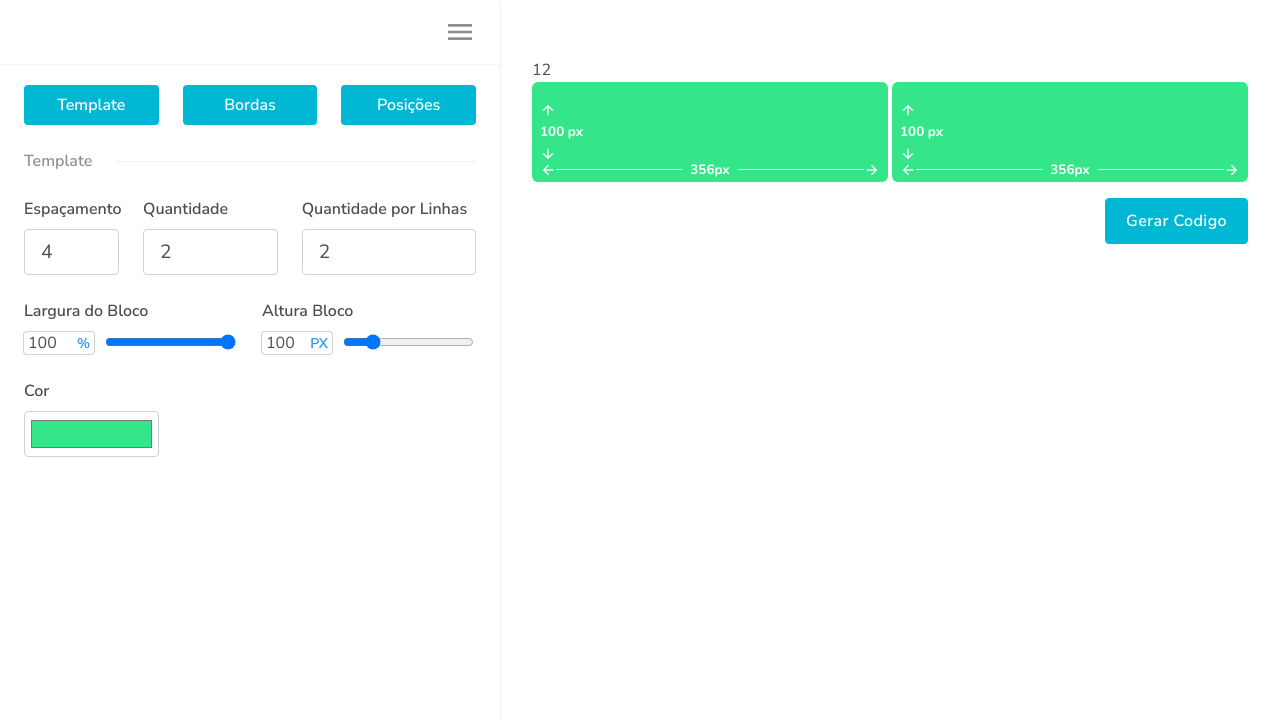
Repository: Flintdl/lowcode-elements
Page: /
The author's editor kept a copy of each file at every save. The page is drawn from the files as they stood at one save, then again after the next save.
The browser window is 1280 px wide. The pictures show the whole page.
The project was rebuilt for these pictures with package versions that can differ from the ones it lists, and the page was loaded fresh each time. Also part of the build but not shown: vue.config.js.

Above is the page before, as saved 2022-04-06 12:25:50.

### src/assets/scss/_variables.scss
// Primarys Colors
$standardTextColor: #4d4d4d;

$primaryColor: #8e6dff;
$secondaryColor: #009997;
$buttonDisableColor: #9c9c9c;
$buttonDisableBgColor: #7676764d;

// Menu Colors

$bgMenuColor: #1d1d1d;
$linkMenuColor: #7b8089;
$iconMenuColor: #2a2a2a;
$borderMenuColor: #323232;

// Botão Colors

$btnPrimary: #00b8d4;
$btnPrimaryHover: #0085b0;

// Generics Colors

$whiteColor: #ffffff;
$mutedColor: #8f8f8f;
$cardColor: #f3f4f7;
$cardColorLight: #f9fafc;
$cardColorLightTwo: #f1f5fc;
$greyLight: #d1d1d1;

// Dropdown Colors

$dropdownHeaderColor: #5f5f5f;
$dropdownColor: #ebffff;

// State Colors

$successColor: #3dc661;
$dangerColor: #e7515a;
$warningColor: #e2a03f;
$infoColor: #2196f3;
$defaultColor: #172b4d;
$lightColor: #e0e0e0;

### src/views/HomeView.vue
<template>
  <div>
    <div class="sf-row">
      <div
        id="sf-preview-code-content"
        class="sf-col-12 sf-mx-auto sf-position-relative"
      >
        <!-- <div class="sf-display-flex sf-flex-wrap sf-width-100">
          <div
            id="sf-grid-template"
            class="sf-grid sf-position-relative"
            :style="{
              width: cssProps.width,
              height: String(valorHeight) + 'px',
              left: inputGap / 2 + 'px',
            }"
            v-bind:key="n"
            v-for="n of quantidade"
          ></div>
        </div> -->
        <div id="sf-preview-code">
          <span
            v-bind:key="linha"
            :style="widthProps"
            v-for="linha of Number(quantidadeLinha)"
            >{{ linha }}</span
          >
          <div
            :style="gapProps"
            :class="[
              'sf-display-flex sf-flex-wrap sf-width-100',
              'sf-justify-content-' + checkValue,
            ]"
          >
            <DivGrid
              v-bind:key="n"
              v-for="n of quantidade"
              :tamanho="String(valor)"
              :altura="String(valorHeight)"
              :cssDefinido="cssProps"
              class="sf-position-relative"
            />
          </div>
        </div>
      </div>
      <div class="sf-col-12 sf-mt-3 sf-display-flex sf-justify-content-end">
        <button class="sf-btn sf-btn-primary" @click="gerarCodigo">
          Gerar Codigo
        </button>
      </div>
    </div>
    <div class="sf-row" v-if="htmlPreviewCode">
      <div class="sf-col-12 sf-mx-auto sf-mt-5 sf-code-content">
        <div class="sf-bg-code sf-p-4 sf-border-radius">
          <code>
            <span class="sf-text-info">Código do Preview</span> <br />
            {{ htmlPreviewCode }}
          </code>
        </div>
      </div>
    </div>
  </div>
</template>

<script>
// @ is an alias to /src

import DivGrid from "@/components/templates/DivGrid.vue";

export default {
  name: "HomeView",
  data: function () {
    return {
      htmlPreviewCode: null,
      gridLinhas: null,
    };
  },
  components: {
    DivGrid,
  },
  props: {
    valor: String,
    inputGap: String,
    quantidade: Number,
    valorHeight: String,
    quantidadeLinha: String,
    inputBorderRadius: String,
    checkValue: String,
    inputColor: String,
    inputBorder: String,
    inputBorderColor: String,
    inputBorderTipo: String,
  },
  computed: {
    cssProps() {
      return {
        width: `calc((${this.valor}% - ${this.inputGap}px * ${
          this.quantidadeLinha - "1"
        }) / ${this.quantidadeLinha})`,
        height: this.valorHeight + "px",
        "border-radius": this.inputBorderRadius + "px",
        "background-color": this.inputColor,
        border:
          this.inputBorder +
          "px" +
          " " +
          this.inputBorderTipo +
          " " +
          this.inputBorderColor,
      };
    },
    gapProps() {
      return {
        gap: this.inputGap + "px",
      };
    },
    widthProps() {
      return {
        width: `calc((${this.valor}% - ${this.inputGap}px * ${
          this.quantidadeLinha - "1"
        }) / ${this.quantidadeLinha})`,
      };
    },
  },
  methods: {
    gerarCodigo() {
      this.htmlPreviewCode =
        document.getElementById("sf-preview-code").innerHTML;
    },
  },
};
</script>

<style>
#sf-grid-template:after {
  content: "";
  width: 100%;
  height: 150%;
  top: -25%;
  background-color: #ff008c0a;
  border: 1px solid rgba(255, 0, 140, 0.103);
  border-left: 2px solid #ff008c38;
  border-right: 2px solid #ff008c38;
  position: absolute;
}
</style>

### src/components/templates/InputGapTemplate.vue
<template>
  <div class="sf-col-3 sf-form-group">
    <label class="sf-label">Espaçamento</label>
    <input
      type="number"
      min="1"
      max="12"
      value="2"
      id="inputGap"
      v-model="valor"
      class="filter-states sf-text-capitalize"
      placeholder="Quantidade de Blocos"
    />
  </div>
</template>

<script>
export default {
  props: {
    valorInput: String,
  },
  computed: {
    valor: {
      get() {
        var inp = this.valorInput;
        return inp;
      },
      set(valorInput) {
        this.$emit("callback", valorInput);
      },
    },
  },
};
</script>

<style></style>

### src/components/templates/InputQuantidadeTemplate.vue
<template>
  <div class="sf-col-4 sf-form-group">
    <label class="sf-label">Quantidade</label>
    <input
      type="number"
      value="1"
      id="inputQuantidade"
      v-model="valor"
      class="filter-states sf-text-capitalize"
      placeholder="Quantidade de Blocos"
    />
  </div>
</template>

<script>
export default {
  props: {
    valorInput: String,
  },
  computed: {
    valor: {
      get() {
        var inp = this.valorInput;
        return inp;
      },
      set(valorInput) {
        this.$emit("callback", valorInput);
      },
    },
  },
};
</script>

<style></style>

### src/components/templates/InputQuantLinhasTemplate.vue
<template>
  <div class="sf-col-5 sf-form-group">
    <label class="sf-label">Quantidade por Linhas</label>
    <input
      type="number"
      min="1"
      max="12"
      value="1"
      id="inputQuantidadeLinha"
      v-model="valor"
      class="filter-states sf-text-capitalize"
      placeholder="Quantidade Linha"
    />
  </div>
</template>

<script>
export default {
  props: {
    valorInput: String,
  },
  computed: {
    valor: {
      get() {
        var inp = this.valorInput;
        return inp;
      },
      set(valorInput) {
        this.$emit("callback", valorInput);
      },
    },
  },
};
</script>

<style></style>

### src/components/templates/InputLarguraBloco.vue
<template>
  <div class="sf-col-6 sf-form-group">
    <label class="sf-label">Largura do Bloco</label>
    <div class="sf-input-group">
      <div
        class="sf-input-group-append sf-display-flex sf-justify-content-center"
      >
        <div
          class="sf-display-flex sf-align-items-center sf-justify-content-center sf-border-left-0 sf-border-radius sf-border-radius-left-0 sf-pr-2 sf-text-info sf-font-weight-bold sf-min-80-px"
        >
          <div class="sf-input-group">
            <input
              type="number"
              value="1"
              min="1"
              max="100"
              v-model="valor"
              class="sf-text-md sf-height-fit-content sf-pr-0 sf-pl-1 sf-border-right-0 sf-border-radius-right-0 sf-text-capitalize"
              placeholder="Curva da Borda"
            />
            <div
              class="sf-input-group-append sf-display-flex sf-justify-content-center"
            >
              <div
                class="sf-display-flex sf-align-items-center sf-border sf-justify-content-center sf-border-left-0 sf-border-radius sf-border-radius-left-0 sf-pr-1 sf-text-info sf-font-weight-bold sf-text-sm"
              >
                %
              </div>
            </div>
          </div>
        </div>
      </div>
      <input
        type="range"
        min="10"
        max="100"
        value="10"
        id="inputRange"
        v-model="valor"
        class="sf-px-0 sf-border-right-0 sf-border-radius-right-0 sf-text-capitalize"
      />
    </div>
  </div>
</template>

<script>
export default {
  props: {
    valorInput: String,
  },
  computed: {
    valor: {
      get() {
        var inp = this.valorInput;
        return inp;
      },
      set(valorInput) {
        this.$emit("callback", valorInput);
      },
    },
  },
};
</script>

<style></style>

### src/components/templates/InputAlturaBloco.vue
<template>
  <div class="sf-col-6 sf-form-group">
    <label class="sf-label">Altura Bloco</label>
    <div class="sf-input-group">
      <div
        class="sf-input-group-append sf-display-flex sf-justify-content-center"
      >
        <div
          class="sf-display-flex sf-align-items-center sf-justify-content-center sf-border-left-0 sf-border-radius sf-border-radius-left-0 sf-pr-2 sf-text-info sf-font-weight-bold sf-min-80-px"
        >
          <div class="sf-input-group">
            <input
              type="number"
              value="1"
              min="1"
              max="500"
              v-model="valor"
              class="sf-text-md sf-height-fit-content sf-pr-0 sf-pl-1 sf-border-right-0 sf-border-radius-right-0 sf-text-capitalize"
              placeholder="Curva da Borda"
            />
            <div
              class="sf-input-group-append sf-display-flex sf-justify-content-center"
            >
              <div
                class="sf-display-flex sf-align-items-center sf-border sf-justify-content-center sf-border-left-0 sf-border-radius sf-border-radius-left-0 sf-pr-1 sf-text-info sf-font-weight-bold sf-text-sm"
              >
                PX
              </div>
            </div>
          </div>
        </div>
      </div>
      <input
        type="range"
        min="10"
        max="500"
        id="valorHeight"
        v-model="valor"
        class="sf-px-0 sf-border-right-0 sf-border-radius-right-0 sf-text-capitalize"
      />
    </div>
  </div>
</template>

<script>
export default {
  props: {
    valorInput: String,
  },
  computed: {
    valor: {
      get() {
        var inp = this.valorInput;
        return inp;
      },
      set(valorInput) {
        this.$emit("callback", valorInput);
      },
    },
  },
};
</script>

<style></style>

### src/components/templates/InputBorderRadiusBloco.vue
<template>
  <div class="sf-col-6 sf-form-group">
    <label class="sf-label">Curva da Borda</label>
    <div class="sf-input-group">
      <div
        class="sf-input-group-append sf-display-flex sf-justify-content-center"
      >
        <div
          class="sf-display-flex sf-align-items-center sf-justify-content-center sf-border-left-0 sf-border-radius sf-border-radius-left-0 sf-pr-2 sf-text-info sf-font-weight-bold sf-min-80-px"
        >
          <div class="sf-input-group">
            <input
              type="number"
              value="1"
              min="1"
              max="50"
              v-model="valor"
              class="sf-text-md sf-height-fit-content sf-pr-0 sf-pl-1 sf-border-right-0 sf-border-radius-right-0 sf-text-capitalize"
              placeholder="Curva da Borda"
            />
            <div
              class="sf-input-group-append sf-display-flex sf-justify-content-center"
            >
              <div
                class="sf-display-flex sf-align-items-center sf-border sf-justify-content-center sf-border-left-0 sf-border-radius sf-border-radius-left-0 sf-pr-1 sf-text-info sf-font-weight-bold sf-text-sm"
              >
                PX
              </div>
            </div>
          </div>
        </div>
      </div>
      <input
        type="range"
        value="1"
        min="1"
        max="50"
        id="inputBorderRadius"
        v-model="valor"
        class="sf-px-0 sf-border-right-0 sf-border-radius-right-0 sf-text-capitalize"
        placeholder="Curva da Borda"
      />
    </div>
  </div>
</template>

<script>
export default {
  props: {
    valorInput: String,
  },
  computed: {
    valor: {
      get() {
        var inp = this.valorInput;
        return inp;
      },
      set(valorInput) {
        this.$emit("callback", valorInput);
      },
    },
  },
};
</script>

<style></style>

### src/components/templates/InputBorderBloco.vue
<template>
  <div class="sf-col-6 sf-form-group">
    <label class="sf-label">Tamanho da Borda</label>
    <div class="sf-input-group">
      <div
        class="sf-input-group-append sf-display-flex sf-justify-content-center"
      >
        <div
          class="sf-display-flex sf-align-items-center sf-justify-content-center sf-border-left-0 sf-border-radius sf-border-radius-left-0 sf-pr-2 sf-text-info sf-font-weight-bold sf-min-80-px"
        >
          <div class="sf-input-group">
            <input
              type="number"
              value="1"
              min="1"
              max="50"
              v-model="valor"
              class="sf-text-md sf-height-fit-content sf-pr-0 sf-pl-1 sf-border-right-0 sf-border-radius-right-0 sf-text-capitalize"
              placeholder="Curva da Borda"
            />
            <div
              class="sf-input-group-append sf-display-flex sf-justify-content-center"
            >
              <div
                class="sf-display-flex sf-align-items-center sf-border sf-justify-content-center sf-border-left-0 sf-border-radius sf-border-radius-left-0 sf-pr-1 sf-text-info sf-font-weight-bold sf-text-sm"
              >
                PX
              </div>
            </div>
          </div>
        </div>
      </div>
      <input
        type="range"
        value="1"
        min="0"
        max="24"
        id="inputBorder"
        v-model="valor"
        class="sf-px-0 sf-border-right-0 sf-border-radius-right-0 sf-text-capitalize"
        placeholder="Curva da Borda"
      />
    </div>
  </div>
</template>

<script>
export default {
  props: {
    valorInput: String,
  },
  computed: {
    valor: {
      get() {
        var inp = this.valorInput;
        return inp;
      },
      set(valorInput) {
        this.$emit("callback", valorInput);
      },
    },
  },
};
</script>

<style></style>

### src/components/templates/InputPosicaoBloco.vue
<template>
  <div class="sf-row">
    <div class="sf-col-12 sf-form-group">
      <span
        class="sf-text-md sf-font-weight-bold sf-text-muted sf-display-flex sf-align-items-center"
      >
        Posições
        <hr class="sf-width-100 sf-ml-4" />
      </span>
    </div>
    <div class="sf-col-auto sf-form-group">
      <input
        id="start"
        type="radio"
        name="positionDivs"
        v-model="valor"
        value="start"
        checked
      />
      <label for="start"> Esquerda</label>
    </div>

    <div class="sf-col-auto sf-form-group">
      <input
        type="radio"
        id="center"
        name="positionDivs"
        v-model="valor"
        value="center"
      />
      <label for="center"> Centro</label>
    </div>

    <div class="sf-col-auto sf-form-group">
      <input
        type="radio"
        id="end"
        name="positionDivs"
        v-model="valor"
        value="end"
      />
      <label for="end"> Final</label>
    </div>
    <div class="sf-col-auto sf-form-group">
      <input
        type="radio"
        id="between"
        name="positionDivs"
        v-model="valor"
        value="between"
      />
      <label for="between"> Laterais</label>
    </div>
    <div class="sf-col-auto sf-form-group">
      <input
        type="radio"
        id="around"
        name="positionDivs"
        v-model="valor"
        value="around"
      />
      <label for="around"> Meio</label>
    </div>
  </div>
</template>

<script>
export default {
  props: {
    valorInput: String,
  },
  computed: {
    valor: {
      get() {
        var inp = this.valorInput;
        return inp;
      },
      set(valorInput) {
        this.$emit("callback", valorInput);
      },
    },
  },
};
</script>

<style></style>

### src/components/templates/InputBorderCorBloco.vue
<template>
  <div class="sf-col sf-form-group">
    <label class="sf-label">Cor</label>
    <input
      type="color"
      id="inputBorderColor"
      v-model="valor"
      class="sf-p-1 sf-text-capitalize"
      placeholder="Quantidade de Blocos"
    />
  </div>
</template>

<script>
export default {
  props: {
    valorInput: String,
  },
  computed: {
    valor: {
      get() {
        var inp = this.valorInput;
        return inp;
      },
      set(valorInput) {
        this.$emit("callback", valorInput);
      },
    },
  },
};
</script>

<style></style>

### src/components/templates/InputBorderTipoBloco.vue
<template>
  <div class="sf-col-10 sf-form-group">
    <label class="sf-label">Tipo de Borda</label>
    <select
      id="inputBorderTipo"
      v-model="control"
      :items="items"
      @change="onSelectType"
      class="sf-text-capitalize"
    >
      <option
        v-bind:key="item.value"
        :value="item.value"
        :disabled="!item.value"
        v-for="item of items"
      >
        {{ item.label }}
      </option>
    </select>
  </div>
</template>

<script>
export default {
  props: {
    valorInput: String,
  },
  data: () => {
    return {
      items: [
        { label: "Solid", value: "solid" },
        { label: "Dashed", value: "dashed" },
      ],
    };
  },
  computed: {
    control: {
      get() {
        return this.valorInput;
      },
      set(valorInput) {
        this.$emit("callback", valorInput);
      },
    },
  },
  methods: {
    onSelectType(event) {
      this.$emit("change", event);
    },
  },
};
</script>

<style></style>

### src/components/templates/DivGrid.vue
<template>
  <div
    class="sf-position-relative sf-overflow-hidden"
    :style="cssDefinido"
    ref="container"
  >
    <div
      class="sf-height-position sf-position-absolute sf-display-flex sf-flex-column sf-px-2"
    >
      <i
        class="mdi mdi-arrow-up sf-text-md sf-text-white sf-dropdown-action"
      ></i>
      <span class="sf-text-white sf-font-weight-extra-bold sf-text-center">
        {{ altura }}
        px
      </span>
      <i
        class="mdi mdi-arrow-down sf-text-md sf-text-white sf-dropdown-action"
      ></i>
    </div>
    <div
      class="sf-width-position sf-width-100 sf-position-absolute sf-display-flex sf-align-items-center sf-px-2"
    >
      <i
        class="mdi mdi-arrow-left sf-text-md sf-text-white sf-dropdown-action"
      ></i>
      <hr class="sf-width-100 sf-mr-2" />
      <span class="sf-text-white sf-font-weight-extra-bold sf-text-center">
        {{ larguraPixel }}px
      </span>
      <hr class="sf-width-100 sf-ml-2" />
      <i
        class="mdi mdi-arrow-right sf-text-md sf-text-white sf-dropdown-action"
      ></i>
    </div>
  </div>
</template>

<script>
export default {
  data() {
    return {
      larguraPixel: null,
    };
  },
  mounted() {
    this.larguraPixel = this.$refs.container?.offsetWidth;
  },

  props: {
    cssDefinido: Object,
    tamanho: String,
    altura: String,
  },
  created() {
    this.$watch("tamanho", () => {
      this.larguraPixel = this.$refs.container?.offsetWidth;
    });
  },
};
</script>

<style lang="scss" scoped>
.sf-height-position,
.sf-width-position {
  font-size: 1.4ch;
}
.sf-height-position {
  transform: translateY(-50%);
  left: 0;
  top: 50%;
}
.sf-width-position {
  transform: translateX(-50%);
  bottom: 0;
  left: 50%;
}
</style>

Loaded but not shown: public/index.html (common file); src/main.js (common file); src/App.vue (common file); src/registerServiceWorker.js (common file); src/router/index.js (common file); src/assets/scss/materialdesignicons.scss (9 lines, source omitted); src/assets/scss/style.scss (4102 lines, source omitted); src/components/Menu/MenuTemplate.vue (297 lines, source omitted); src/assets/scss/menu.scss (402 lines, source omitted); src/assets/scss/standard.scss (381 lines, source omitted)

After the next save:
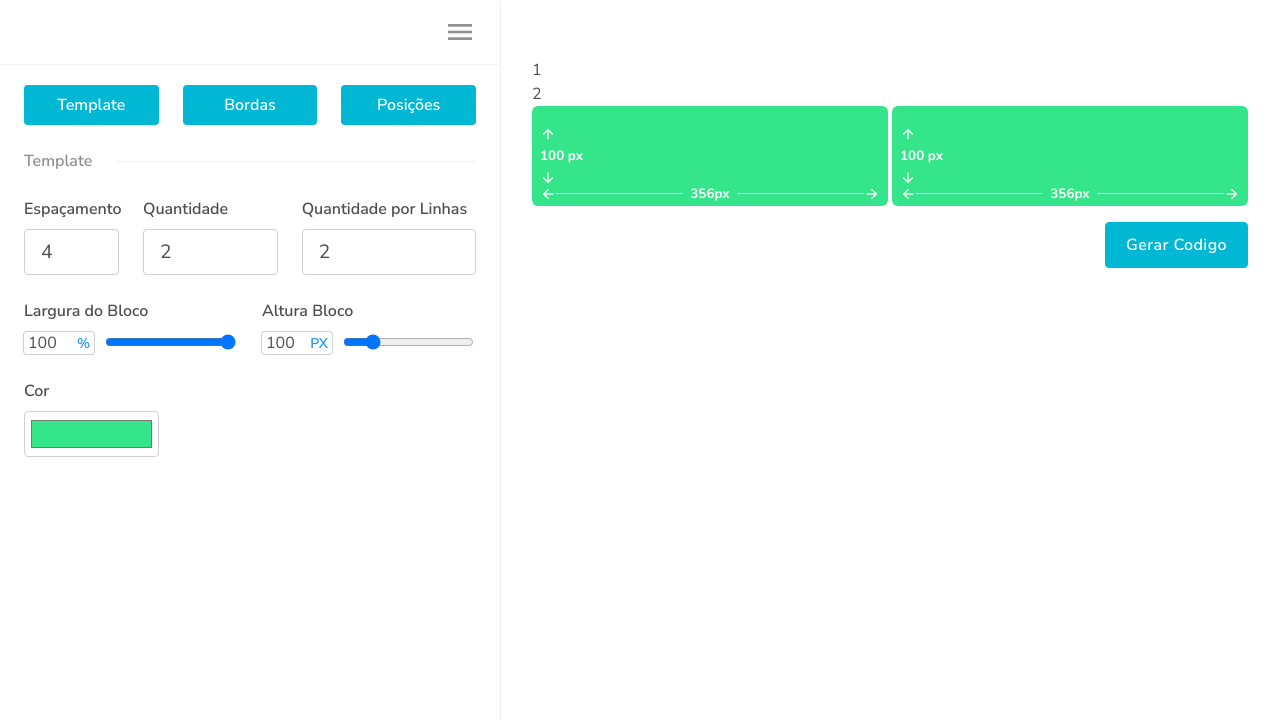
Saved 18 s later.
--- a/src/views/HomeView.vue
+++ b/src/views/HomeView.vue
@@ -119,6 +119,7 @@
         width: `calc((${this.valor}% - ${this.inputGap}px * ${
           this.quantidadeLinha - "1"
         }) / ${this.quantidadeLinha})`,
+        display: "block",
       };
     },
   },

After the save that followed:
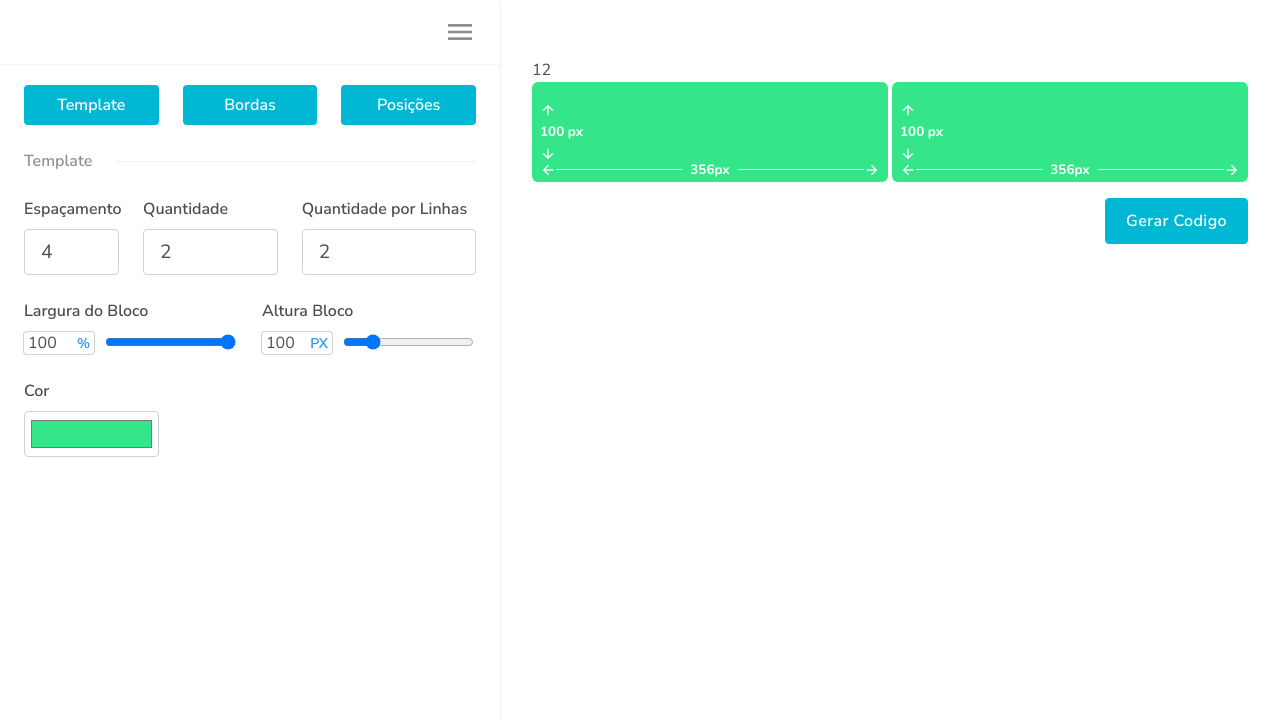
Saved 12 s later.
--- a/src/views/HomeView.vue
+++ b/src/views/HomeView.vue
@@ -119,7 +119,6 @@
         width: `calc((${this.valor}% - ${this.inputGap}px * ${
           this.quantidadeLinha - "1"
         }) / ${this.quantidadeLinha})`,
-        display: "block",
       };
     },
   },
